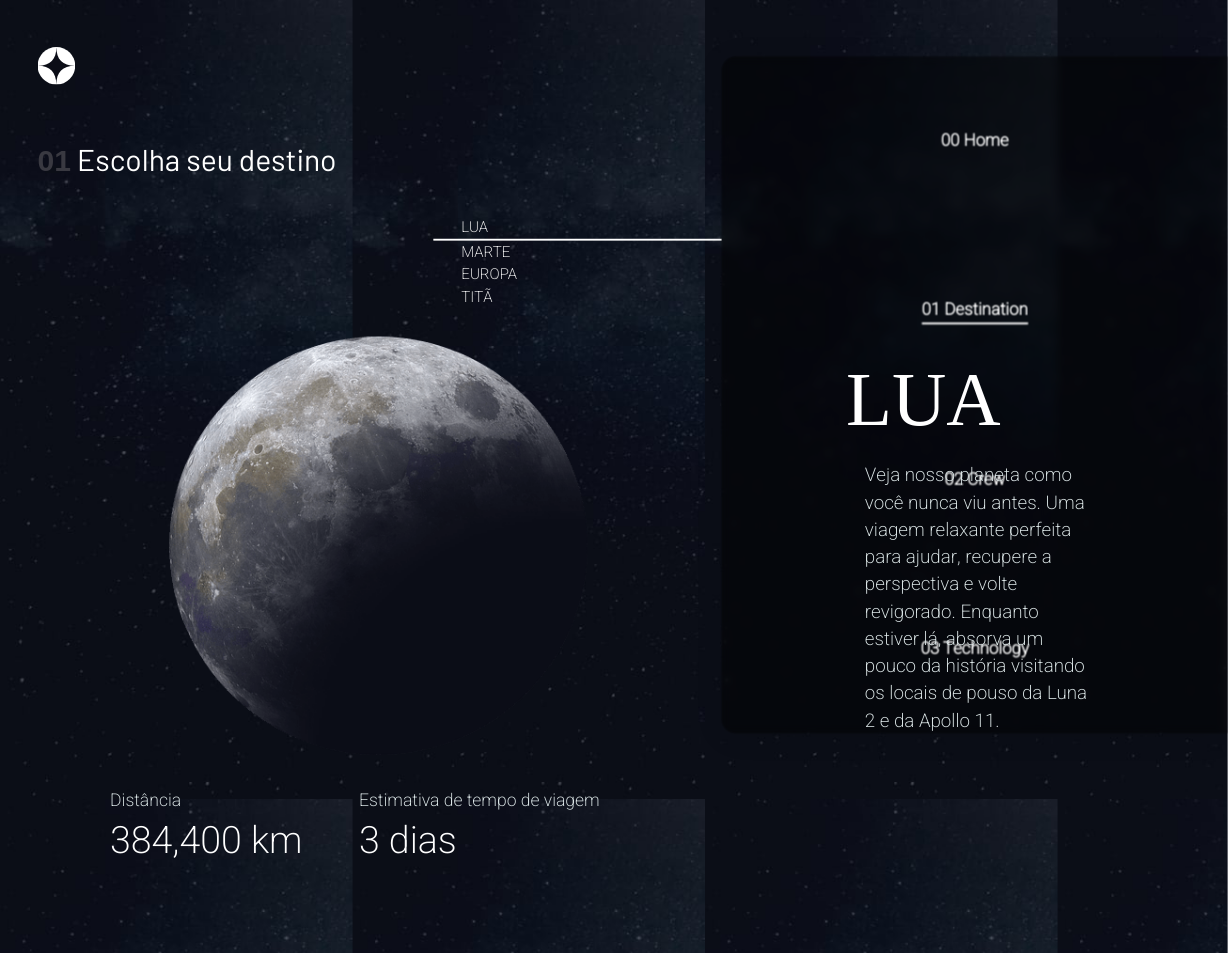
Repository: Leonngc/space-site
Page: space-tourism-website-main/space-tourism-website-main/starter-code/destination-moon.html
These files come from the project's save history. The page is drawn as it stood at one moment and after the next save; the edit follows.
The browser window is 768 px wide. The page is 1306 px wide, so the pictures cover 1306 px, including what lies to the right of the window. The pictures show the whole page, at 94% of full size.
Some icons come from a web library that is not loaded, so they are not drawn.

Above is the page before, as saved 2023-04-30 01:10:56.

### space-tourism-website-main/space-tourism-website-main/starter-code/destination-moon.html
<!DOCTYPE html>
<html lang="en">
<head>
  <meta charset="UTF-8">
  <meta name="viewport" content="width=device-width, initial-scale=1.0">

  <link rel="icon" type="image/png" sizes="32x32" href="./assets/favicon-32x32.png">
  <link rel='stylesheet' href='https://cdn-uicons.flaticon.com/uicons-bold-rounded/css/uicons-bold-rounded.css'>
  <link rel="stylesheet" href="styles/menu.css">
  <link rel="stylesheet" href="styles/destination.css">
  <script src="script/menu.js" defer></script>
  <title>Frontend Mentor | Space tourism website</title>
</head>
<body>

  <header>
    <img src="assets/shared/logo.svg" alt="" class="logo">

    <div class="line"></div>
    <nav>
      <button class="menu-button"><i class="fi fi-br-menu-burger"></i></button>
      <ul class="menu">
      <li class="item-menu"><a href="#">00 Home</a></li>
      <li class="item-menu page-active"><a href="#">01 Destination</a></li>
      <li class="item-menu"><a href="#">02 Crew</a></li>
      <li class="item-menu"><a href="#">03 Technology</a></li>
      </ul>
    </nav>

  </header>

<main>

    <h1><strong>01</strong> Escolha seu destino</h1>

    <ul class="nav-travel">
      <li class="travel-destiny page-active"><a href="">Lua</a></li>
      <li class="travel-destiny"><a href="">Marte</a></li>
      <li class="travel-destiny"><a href="">Europa</a></li>
      <li class="travel-destiny"><a href="">Titã</a></li>
    </ul>

    <div class="destination-container">
      <img src="assets/destination/image-moon.png" alt="">

      <div class="destination-info">
        <h2>Lua</h2>
        <p>
          Veja nosso planeta como você nunca viu antes. Uma viagem relaxante perfeita para ajudar,
          recupere a perspectiva e volte revigorado. Enquanto estiver lá, absorva um pouco da história
          visitando os locais de pouso da Luna 2 e da Apollo 11.
        </p>
      </div>
    </div>
   <div class="travel-container">
     <div class="info-travel">
       <h3>Distância</h3>
        <span>384,400 km</span>
     </div>

      <div class="info-travel">
        <h3>Estimativa de tempo de viagem</h3>
        <span>3 dias</span>
      </div>
   </div>

</main>
</body>
</html>

### space-tourism-website-main/space-tourism-website-main/starter-code/styles/menu.css
@import url('https://fonts.googleapis.com/css2?family=Heebo:wght@200&display=swap');

*{
    padding: 0;
    margin: 0;
}

body{
    overflow-x: hidden;
}

header{
    display: flex;
    justify-content: space-between;
}

.menu{
    margin-top: 20px;
    display: flex;
    width: 40vw ;
    height: 12vh;
    position: relative;
    list-style: none;
    background: rgba(255, 255, 255, 0.21);
    background: rgba(255, 255, 255, 0.08);
    box-shadow: 0 4px 30px rgba(0, 0, 0, 0.1);
    backdrop-filter: blur(5px);
    -webkit-backdrop-filter: blur(5px);
}

.item-menu{
    margin: auto;
}

.item-menu a{
    text-decoration: none;
    font-family: 'Heebo', sans-serif;
    color: white;
}


.line{
    background-color:  rgba(255, 255, 255, 0.21);

    height: 2px;
    width: 1110px;
    margin-top: 68px;
    margin-left: 30px;
}

.logo{
    margin-top: 30px;
    margin-left: 20px;
    width: 40px;
    height: 40px;
    padding: 20px;
}

.page-active{
    border-bottom: 2px solid white;
}

ul li > a:hover{
    font-size: 18px;
    transition: 2s;
}

.menu-button{
    display: none;
}



@media screen and (max-width: 990px){
    .line{
        display: none;
    }


    .menu{
        position: absolute;
        right: 0;
        width: 70vw;
        height: 90vh;
        display: flex;
        margin: 0;
        border-top-left-radius: 15px;
        border-bottom-left-radius: 15px;
        transform: translateX(100%);
        transition: transform 0.6s ease-in;
        background: rgba(255, 255, 255, 0.346);
        background: rgba(0, 0, 0, 0.47);
        box-shadow: 0 4px 30px rgba(0, 0, 0, 0.1);
        backdrop-filter: blur(5px);
        -webkit-backdrop-filter: blur(5px);
    }

    ul{
        flex-direction: column;
    }


    .menu li{
       color: white;
       font-size: 18px;
       font-weight: bold;
    }

    .menu-button{
        display: block;
        font-size: 40px;
        color: white;
        background: none;
        border: none;
        padding: 10px;
        margin-top: 40px;
    }

    ul.active{
        transform: translateX(0);
    }
}

### space-tourism-website-main/space-tourism-website-main/starter-code/styles/destination.css
@import url('https://fonts.googleapis.com/css2?family=Barlow&display=swap');
@import url('https://fonts.googleapis.com/css2?family=Heebo:wght@200&display=swap');
/*  font-family: 'Barlow', sans-serif;
    font-family: 'Heebo', sans-serif;
*/

:root{
    --title-font: 'Barlow';
    --paragraph-font: 'Heebo';
}

*{
    padding: 0;
    margin: 0;
}

body{
    max-width: 100vw;
    background-image: url(../assets/destination/background-destination-desktop.jpg);
}

main{
    color: white;
}

h1{
    font-family: var(--title-font);
    padding: 40px;
    font-weight: 100;
}

strong{
    color: #393941;
    font-family: Arial, Helvetica, sans-serif;
}

.nav-travel{
    width: 40vw;
    list-style: none;
    display: flex;
    float: right;
}

.nav-travel a{
    text-decoration: none;
    text-transform: uppercase;
    color: #f0f0f0;
    font-family: var(--paragraph-font);
    padding: 30px;
}

.destination-container{
    margin-left: 30px;
}

.destination-container > img{
    margin-left: 120px;
    padding: 30px;
}


.destination-info{
    width: 37vw;
    position: absolute;
    top: 380px;
    left: 900px;
}

.destination-info h2{
    font-size: 80px;
    font-weight: 200;
    font-family: serif;
    text-transform: uppercase;
}

.destination-info p{
    font-family: var(--paragraph-font);
    font-size: 20px;
    padding: 20px;
    font-weight: lighter;
    text-align: start;
    color: #dbe5e6;
}

.travel-container{
    float: right;
    display: flex;
    padding: 0px;
    flex-wrap: wrap;
    margin-bottom: 90px;
    margin-right: 100px;
}

.info-travel{
    font-family: var(--paragraph-font);
    padding: 0px 30px 0px 30px;
}


.info-travel h3{
    font-weight: lighter;
    color: #dbe5e6;
}

.info-travel > span{
    font-size: 40px;
    font-weight: lighter;
}

@media screen and (max-width: 990px){
    body{
        background-image: url(../assets/destination/background-destination-mobile.jpg);
    }
}

### space-tourism-website-main/space-tourism-website-main/starter-code/script/menu.js
class MobileNavbar{
    constructor(mobileMenu, navList, navLink){
        this.mobileMenu = document.querySelector(mobileMenu);
        this.navList = document.querySelector(navList);
        this.navLink = document.querySelector(navLink);
        this.activeClass = "active";
        this.handleClick = this.handleClick.bind(this)
    }

    handleClick(){
        this.navList.classList.toggle(this.activeClass);
        this.mobileMenu.classList.toggle(this.activeClass)
    }

    addClickEvent(){
        this.mobileMenu.addEventListener("click", this.handleClick);
    }

    init(){
        if(this.mobileMenu){
            this.addClickEvent();
        }
        return this;
    }
}

const mobileNavbar = new MobileNavbar(
    "nav",
    "ul",
    "ul li",
);

mobileNavbar.init()

After the next save:
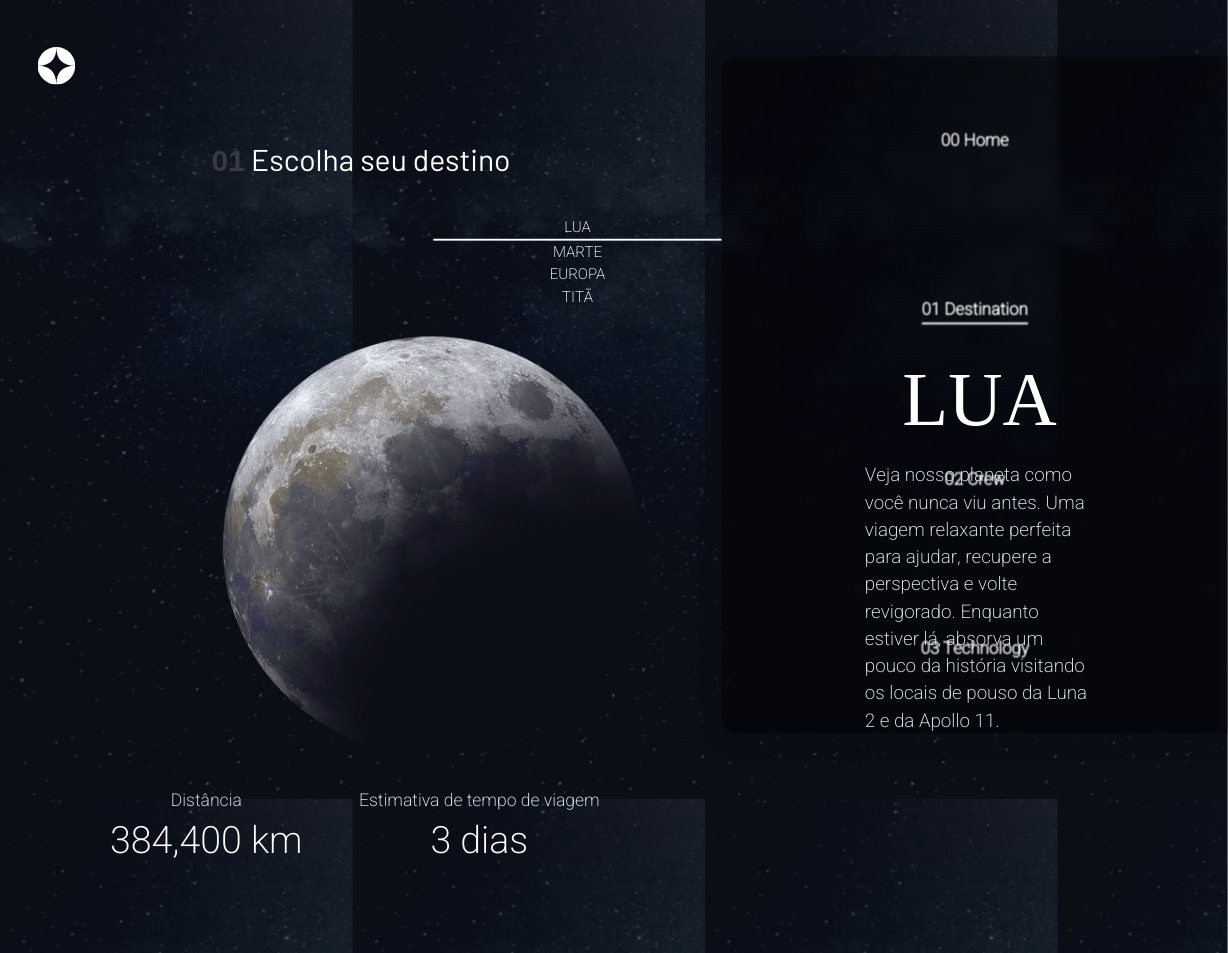
Saved 29 s later.
--- a/space-tourism-website-main/space-tourism-website-main/starter-code/styles/destination.css
+++ b/space-tourism-website-main/space-tourism-website-main/starter-code/styles/destination.css
@@ -111,4 +111,8 @@ strong{
     body{
         background-image: url(../assets/destination/background-destination-mobile.jpg);
     }
+
+    main{
+        text-align: center;
+    }
 }
